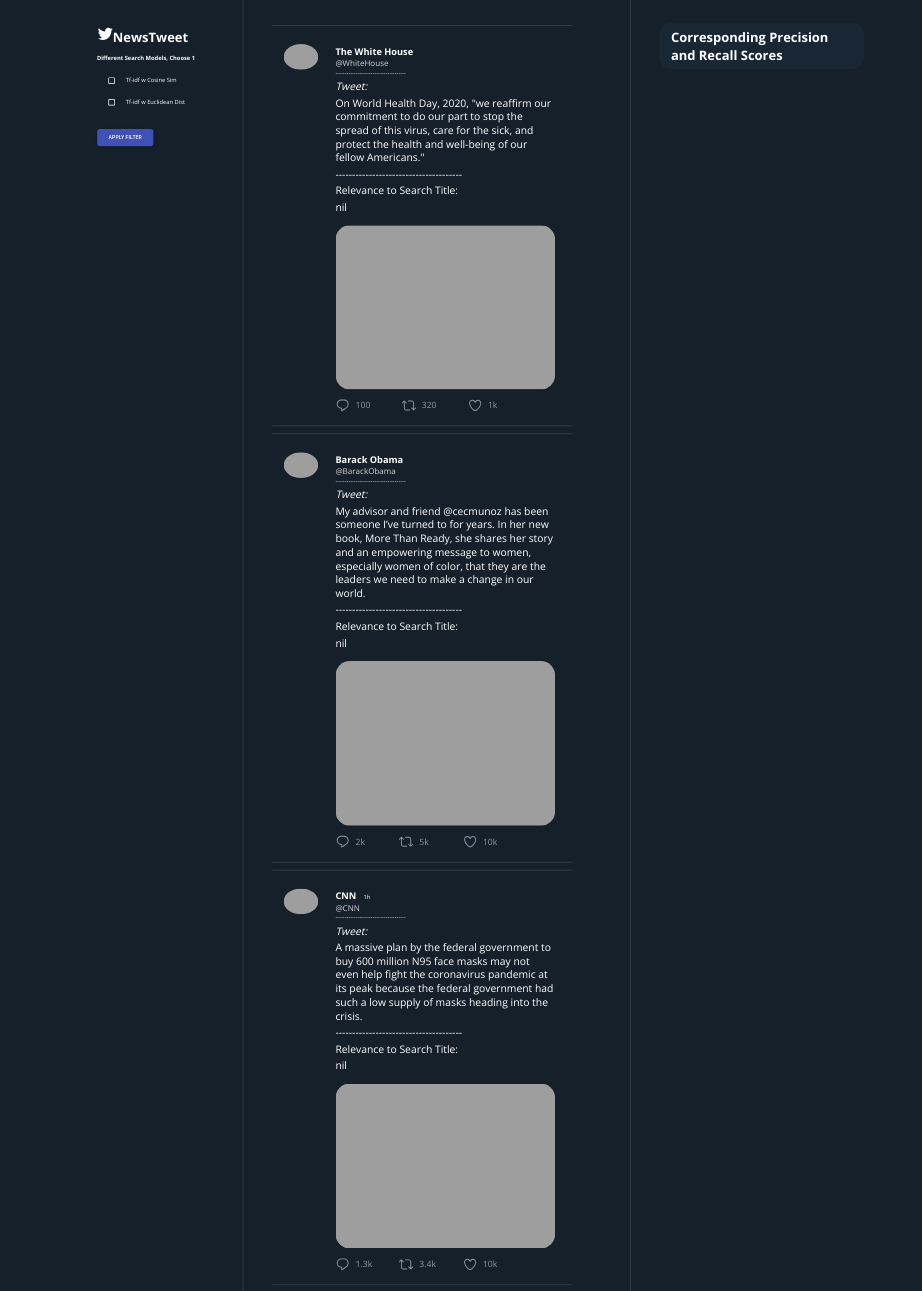
Repository: Dustyik/TwitterAIproj
Page: / (app in FrontEnd/)
These files come from the project's save history. The page is drawn as it stood at one moment and after the next save; the edit follows.
The browser window is 1280 px wide. The pictures show the whole page, at 72% of full size.
Pictures or frames that could not be fetched are drawn as grey boxes. The page's requests for data from a server got no answer. The project was rebuilt for these pictures with package versions that can differ from the ones it lists, and the page was loaded fresh each time. No one was signed in, and anything a server would have sent is missing. Also part of the build but not shown: FrontEnd/src/components/trending/Trend.js, FrontEnd/src/components/trending/TrendsList.js, FrontEnd/src/components/trending/FollowSuggestionCard.js, FrontEnd/src/styles/FollowList.css, FrontEnd/src/components/trending/FollowSuggestionsList.js, FrontEnd/src/components/StatusCard.js, FrontEnd/src/pages/Status.js, FrontEnd/src/components/profile/ProfileHead.js and 3 more.

Above is the page before, as saved 2021-08-03 00:04:29.

After the next save:
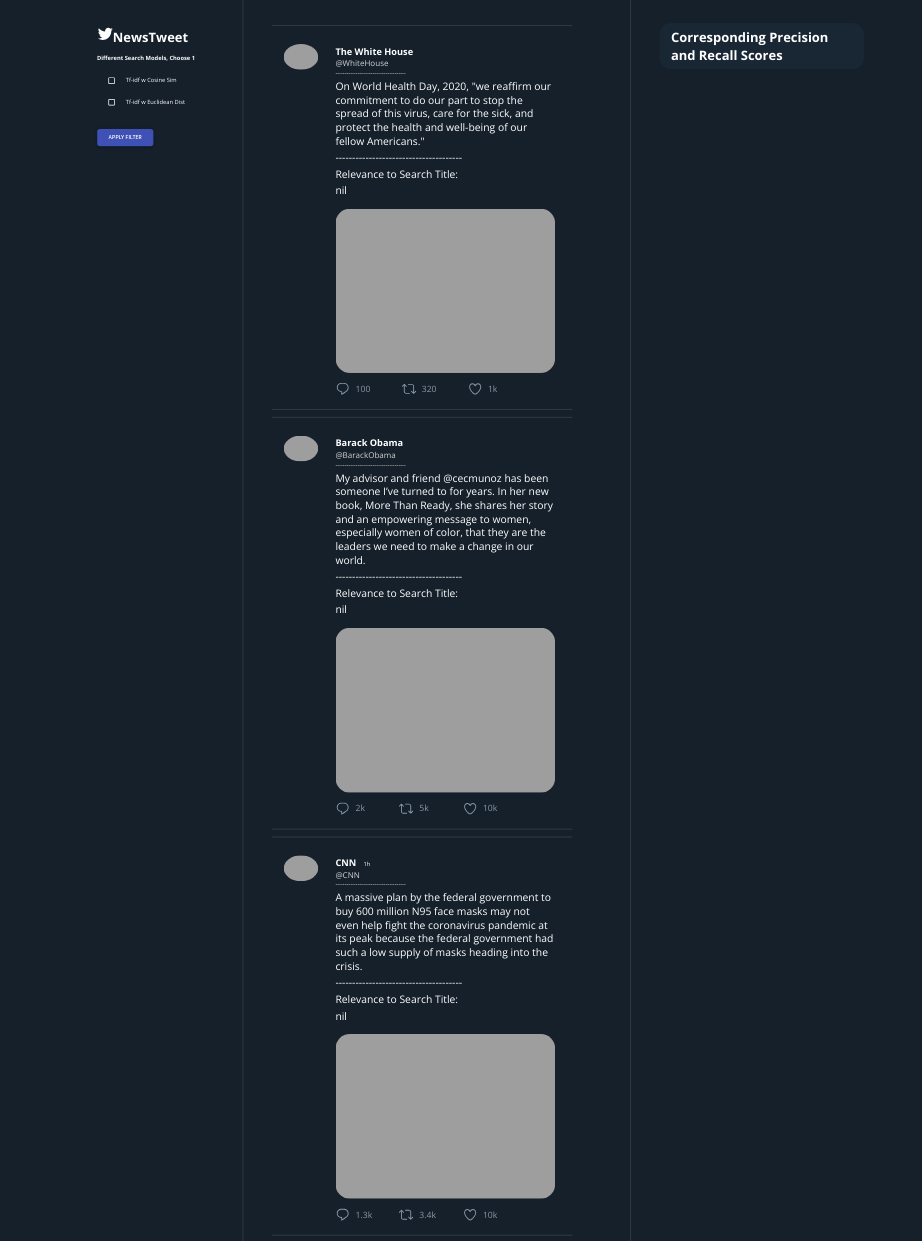
Saved 18 s later.
--- a/FrontEnd/src/components/TweetCard.js
+++ b/FrontEnd/src/components/TweetCard.js
@@ -33,7 +33,6 @@
                             </div>
                         <div className="tweet-card-body">
                         <div className="tweet-card-content">
-                                <p className="m-0" style = {{fontStyle:"italic"}}>Tweet:</p>
                             </div>
                             <div className="tweet-card-content">
                                 <p className="m-0">{this.tweet.tweet.content}</p>
